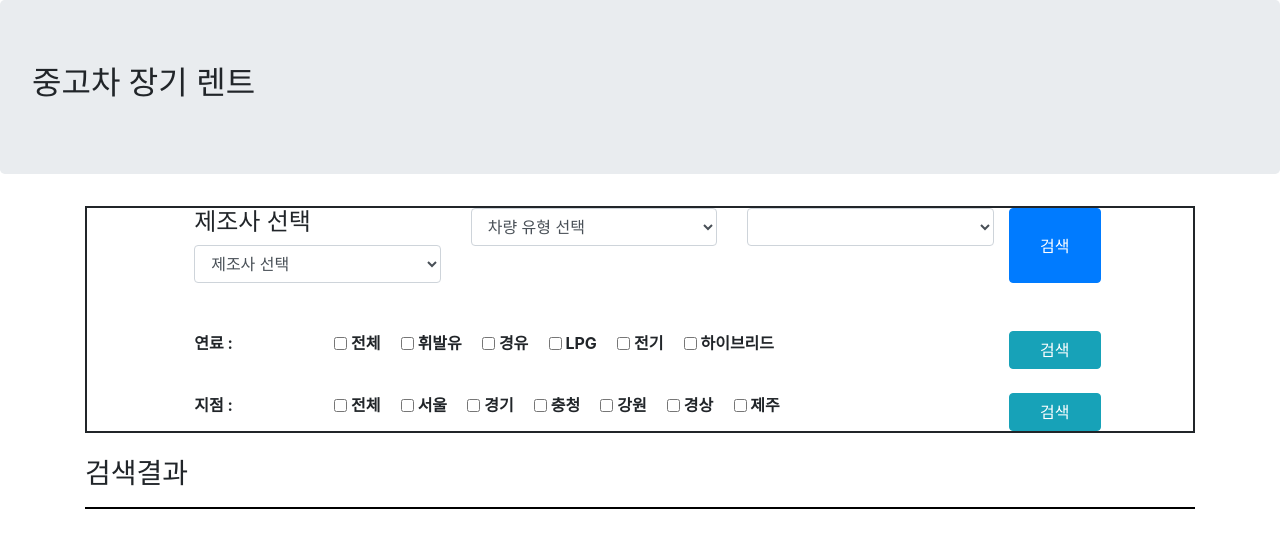
Repository: hyebinkim00/Project
Page: http://localhost/jsp/long_lent_oldcar/searchList.jsp
These files come from the project's save history. The page is drawn as it stood at one moment and after the next save; the edit follows.
The browser window is 1280 px wide. The pictures show the whole page.
The page is served by Tomcat 9. Other server files are loaded and not shown. Queries for data that is not in the repository find no rows.

Above is the page before, as saved 2020-09-22 08:34:01.

### jsp/WebContent/long_lent_oldcar/searchList.jsp
<%@page import="java.net.URLEncoder"%>
<%@ page language="java" contentType="text/html; charset=UTF-8"
    pageEncoding="UTF-8"%>
<%@taglib prefix="c" uri="http://java.sun.com/jsp/jstl/core" %>
<%@taglib prefix="sql" uri="http://java.sun.com/jsp/jstl/sql"  %>

<%
request.setCharacterEncoding("utf-8");
String facname1 =request.getParameter("sellist1");
String cartype1 =request.getParameter("sellist2");
String carnum1 =request.getParameter("sellist3");

String checkBoxes1[] =request.getParameterValues("example1");
String chekcBoxex2[] =request.getParameterValues("example2");
%>
<!DOCTYPE html>
<html>
<head>
<meta charset="UTF-8">
  <meta name="viewport" content="width=device-width, initial-scale=1">
  <script src="https://ajax.googleapis.com/ajax/libs/jquery/3.5.1/jquery.min.js"></script>

  <script src="https://cdnjs.cloudflare.com/ajax/libs/popper.js/1.16.0/umd/popper.min.js"></script>
  <script src="https://maxcdn.bootstrapcdn.com/bootstrap/4.5.2/js/bootstrap.min.js"></script>
  <link rel="stylesheet" href="../resources/css/bootstrap.min.css" />

<title>중고차 장기 검색</title>

<script>
function subtest(){
let a=documenet.getElementById("sellist2").value;
alert(a);
}
</script>

<script>
$(document).ready(function(){
	$("input:checkbox[name=example1]").on("click",function(){
		if(($('#sellist1').val()!='제조사 선택') && ($('#sellist2').val()=='차량 유형 선택')){
			alert('차량 유형을 선택하세요!');
			$("input:checkbox[name=example1]").prop("checked", false);
			$('#sellist2').focus();
			$('#tess1').prop("disabled",true);
		}
		else{$('#tess1').prop("disabled",false);}
		let cont=$("input:checkbox[name=example1]:checked").length;
		alert(cont);
		let cont5=$("input:checkbox[name=example1]:checked").val();
		if(cont5=='전체'){$("input:checkbox[name=example1]").not(this).prop("disabled", "disabled");
		$("input:checkbox[name=example1]").not(this).prop("checked", false);

		}else {
	            $("input[name=example1]:checkbox").prop("disabled",false);
	        }
		if(cont>2){
			$(this).prop("checked", false);
			alert("2개이상 선택 불가능 ");
		}

	});

});
</script>

<script>
$(document).ready(function(){
	$("input:checkbox[name=example2]").on("click",function(){
		if(($('#sellist1').val()!='제조사 선택') && ($('#sellist2').val()=='차량 유형 선택')){
			alert('차량 유형을 선택하세요!');
			$("input:checkbox[name=example2]").prop("checked", false);
			$('#sellist2').focus();
			$('#tess2').prop("disabled",true);
		}
		else{$('#tess1').prop("disabled",false);}
		let cont=$("input:checkbox[name=example2]:checked").length;
		alert(cont);
		let cont5=$("input:checkbox[name=example2]:checked").val();
		if(cont5=='전체'){$("input:checkbox[name=example2]").not(this).prop("disabled", "disabled");
		$("input:checkbox[name=example2]").not(this).prop("checked", false);

		}else {
	            $("input[name=example2]:checkbox").prop("disabled",false);
	        }



		if(cont>2){
			$(this).prop("checked", false);
			alert("2개이상 선택 불가능 ");
		}

	});

});
</script>
</head>
<body>
<script>
function goDate1(){
	let form= document.userinput;
	document.getElementById("sellist2").value=null;
	form.submit();

}
</script>

<script>
function goDate2(){
	let form= document.userinput;
	document.getElementById("sellist3").value=null;
	form.submit();

}
</script>



<script>
function optest(){
	if((($('#sellist1').val()!='제조사 선택')) && (($('#sellist2').val()=='차량 유형 선택')) && ($("input:checkbox[name=example1]:checked").length!=0) ){
		alert('차량 유형을 먼저 선택하세요');
	$("input:checkbox[name=example1]").prop("checked", false);
	}

}</script>



<div class="jumbotron">
<h2>중고차 장기 렌트</h2>
  </div>



  <div class="container">

  <div class="container" style="border:solid 2px;">

 <form method="post" action="#" name="userinput" >
    <div class="row" >
     <span class="col-sm-1">&nbsp;</span>
     <div class="col-sm-3">
     <sql:setDataSource var="dataSource"
			url="jdbc:oracle:thin:@localhost:1521:XE"
			driver="oracle.jdbc.driver.OracleDriver"
			user="hr" password="hr"/>

			<sql:query var="resultSet" dataSource="${dataSource}">
			select distinct facname from member
			</sql:query>
		 <h4>제조사 선택</h4>
       <select  class="form-control" id="sellist1" name="sellist1" onchange="goDate1()" >
        <option>제조사 선택 </option>
        <c:forEach var="row" items="${resultSet.rows}">
        	<option value="<c:out value="${row.facname}"/>" <c:if test="${param.sellist1==row.facname}">selected</c:if>><c:out value="${row.facname}"/></option>
        </c:forEach>
      </select>
      </div>

      <sql:query var="resultSet" dataSource="${dataSource}">
			select distinct cartype from member where facname=?
			 <sql:param value="${param.sellist1}"/>
			</sql:query>

      <div class="col-sm-3">

      <select class="form-control" id="sellist2" name="sellist2" onchange="goDate2()"  >
        <option>차량 유형 선택</option>
        <option value="all" <c:if test="${param.sellist2=='all'}">selected</c:if>>전체</option>
       <c:forEach var="row" items="${resultSet.rows}">
				<option value="<c:out value="${row.cartype}"/>" <c:if test="${param.sellist2==row.cartype}">selected</c:if>><c:out value="${row.cartype}"/></option>
				</c:forEach>
      </select>
      </div>

      <div class="col-sm-3">
    <sql:query var="resultSet" dataSource="${dataSource}">
			select distinct carnum from member where facname=? and cartype=? order by carnum
			 <sql:param value="${param.sellist1}"/>
			 <sql:param value="${param.sellist2}"/>
			</sql:query>

			  <c:if test="${param.sellist2=='all'}">
      <sql:query var="resultSet" dataSource="${dataSource}">
       select distinct carnum from member where facname=? order by carnum
      <sql:param value="${param.sellist1}"/>
      </sql:query>
      </c:if>

      <select class="form-control" id="sellist3" name="sellist3" >
        <option disabled>차량 선택 </option>
       <c:forEach var="row" items="${resultSet.rows}">
				<option value="<c:out value="${row.carnum}"/>" <c:if test="${param.sellist3==row.carnum}">selected</c:if>><c:out value="${row.carnum}"/></option>
				</c:forEach>
      </select>
      </div>

 <input id="tess" type="submit" class="btn btn-primary col-sm-1" value="검색" onclick="optest()">


    </div>


  <br><br>


     <div class="row">
     <span class="col-sm-1"> &nbsp;&nbsp;&nbsp;</span>
    <span class="col-sm-1"><strong>연료 :</strong></span>

     <div class="col-sm-8">
      <span class="col-sm-1">&nbsp;&nbsp;&nbsp;</span>
     <c:if test="${not empty paramValues.example1 }">

     <c:set var="ff" value="${paramValues.example1[0]}"/>
     <c:set var="ff1" value="${paramValues.example1[1]}"/>
      </c:if>
    <div class="form-check-inline">
       <input <c:if test="${ff=='전체' or ff1=='전체'}">checked</c:if>  type="checkbox" value="전체" name="example1"><strong>&nbsp;전체&nbsp;</strong>
    </div>
    <div class="form-check-inline">
      <input <c:if test="${ff=='휘발유' or ff1=='휘발유'}">checked</c:if>   type="checkbox" value="휘발유" name="example1"><strong>&nbsp;휘발유&nbsp;</strong>
    </div>
     <div class="form-check-inline">
      <input <c:if test="${ff=='경유' or ff1=='경유'}">checked</c:if>    type="checkbox" value="경유" name="example1"><strong>&nbsp;경유&nbsp;</strong>
    </div>
     <div class="form-check-inline">
      <input <c:if test="${ff=='LPG' or ff1=='LPG'}">checked</c:if>   type="checkbox" value="LPG" name="example1"><strong>&nbsp;LPG&nbsp;</strong>
    </div>
    <div class="form-check-inline">
      <input  <c:if test="${ff=='전기' or ff1=='전기'}">checked</c:if>    type="checkbox" value="전기" name="example1"><strong>&nbsp;전기&nbsp;</strong>
    </div>
    <div class="form-check-inline">
      <input <c:if test="${ff=='하이브리드' or ff1=='하이브리드'}">checked</c:if>   type="checkbox" value="하이브리드" name="example1"><strong>&nbsp;하이브리드&nbsp;</strong>
    </div>
    <c:remove var="ff"/>
    <c:remove var="ff1"/>
    </div>



   <input id="tess1" type="submit" value="검색" class= "btn btn-info col-sm-1" onclick="optest()">
  </div>





  <br>


     <div class="row">
     <span class="col-sm-1">&nbsp;&nbsp;&nbsp;</span>
    <span class="col-sm-1"><strong>지점 :</strong></span>

    <div class="col-sm-8">
     <span class="col-sm-1">&nbsp;&nbsp;&nbsp;</span>
       <c:if test="${not empty paramValues.example2 }">

     <c:set var="dd" value="${paramValues.example2[0]}"/>
     <c:set var="dd1" value="${paramValues.example2[1]}"/>
      </c:if>
    <div class="form-check-inline">
       <input <c:if test="${dd=='전체' or dd1=='전체'}">checked</c:if> type="checkbox" value="전체" name="example2"><strong>&nbsp;전체&nbsp;</strong>
    </div>

    <div class="form-check-inline">
      <input  <c:if test="${dd=='서울' or dd1=='서울'}">checked</c:if> type="checkbox" value="서울" name="example2"><strong>&nbsp;서울&nbsp;</strong>
    </div>

     <div class="form-check-inline">
      <input  <c:if test="${dd=='경기' or dd1=='경기'}">checked</c:if> type="checkbox" value="경기" name="example2"><strong>&nbsp;경기&nbsp;</strong>
    </div>

     <div class="form-check-inline">
      <input  <c:if test="${dd=='충청' or dd1=='충청'}">checked</c:if> type="checkbox" value="충청" name="example2"><strong>&nbsp;충청&nbsp;</strong>
    </div>

    <div class="form-check-inline">
      <input <c:if test="${dd=='강원' or dd1=='강원'}">checked</c:if> type="checkbox" value="강원" name="example2"><strong>&nbsp;강원&nbsp;</strong>
    </div>

    <div class="form-check-inline">
      <input <c:if test="${dd=='경상' or dd1=='경상'}">checked</c:if> type="checkbox" value="경상" name="example2"><strong>&nbsp;경상&nbsp;</strong>
    </div>

    <div class="form-check-inline">
      <input <c:if test="${dd=='제주' or dd1=='제주'}">checked</c:if> type="checkbox" value="제주" name="example2"><strong>&nbsp;제주&nbsp;</strong>
    </div>
     <c:remove var="dd"/>
    <c:remove var="dd1"/>
    </div>
    <input id="tess2" type="submit" value="검색" class="btn btn-info col-sm-1" onclick="optest()">
  </div>
    </form>


  </div>
</div>



<div class="container">
<br>
<h3>검색결과</h3>
<hr style="border: solid 1px black " />

<div class="row" >

<sql:setDataSource var="dataSource"
			url="jdbc:oracle:thin:@localhost:1521:XE"
			driver="oracle.jdbc.driver.OracleDriver"
			user="hr" password="hr"/>



<c:choose>
<c:when test="${param.sellist1==null or param.sellist2==null or param.sellist3==null}">
<sql:query var="resultSet" dataSource="${dataSource}">
			select * from member
			</sql:query>

<c:if test="${not empty paramValues.example1 and empty paramValues.example2}">
 	<c:set var="ff" value="${paramValues.example1[0]}"/>
    <c:set var="ff1" value="${paramValues.example1[1]}"/>

<sql:query var="resultSet" dataSource="${dataSource}">
select * from member where fuel=? or fuel=?
 <sql:param value="${ff}"/>
 <sql:param value="${ff1}"/>

</sql:query>

 <c:if test="${ff=='전체'}">
		<sql:query var="resultSet" dataSource="${dataSource}">
			select * from member
			</sql:query>
  </c:if>

</c:if>

  <c:if test="${empty paramValues.example1 and  not empty paramValues.example2 }">

 <c:set var="dd" value="${paramValues.example2[0]}"/>
     <c:set var="dd1" value="${paramValues.example2[1]}"/>
<sql:query var="resultSet" dataSource="${dataSource}">
select * from member where lentoffice=? or lentoffice=?

 <sql:param value="${dd}"/>
 <sql:param value="${dd1}"/>

</sql:query>

 <c:if test="${dd=='전체'}">
		<sql:query var="resultSet" dataSource="${dataSource}">
			select * from member
			</sql:query>
  </c:if>

</c:if>

  <c:if test="${not empty paramValues.example1 and not empty paramValues.example2}">
 <c:set var="ff" value="${paramValues.example1[0]}"/>
     <c:set var="ff1" value="${paramValues.example1[1]}"/>
      <c:set var="dd" value="${paramValues.example2[0]}"/>
     <c:set var="dd1" value="${paramValues.example2[1]}"/>

<sql:query var="resultSet" dataSource="${dataSource}">
select * from (select * from member where fuel=? or fuel=?) where lentoffice=? or lentoffice=?


 <sql:param value="${ff}"/>
 <sql:param value="${ff1}"/>
  <sql:param value="${dd}"/>
 <sql:param value="${dd1}"/>
</sql:query>


 <c:if test="${ff=='전체' and dd=='전체'}">
		<sql:query var="resultSet" dataSource="${dataSource}">
			select * from member
			</sql:query>
  </c:if>

  <c:if test="${ff=='전체' and dd!='전체'}">
		<sql:query var="resultSet" dataSource="${dataSource}">
			select * from member where lentoffice=? or lentoffice=?
			  <sql:param value="${dd}"/>
 			<sql:param value="${dd1}"/>
			</sql:query>
  </c:if>
    <c:if test="${ff!='전체' and dd=='전체'}">
		<sql:query var="resultSet" dataSource="${dataSource}">
			select * from member where fuel=? or fuel=?
			<sql:param value="${ff}"/>
 			<sql:param value="${ff1}"/>
			</sql:query>
  </c:if>


</c:if>
</c:when>

	<c:when test="${empty paramValues.example1 and not empty param.sellist3 and not empty paramValues.example2}">

	<sql:query var="resultSet" dataSource="${dataSource}">
	<c:set var="dd" value="${paramValues.example2[0]}"/>
     <c:set var="dd1" value="${paramValues.example2[1]}"/>
	select * from member where facname=? and cartype=? and carnum=? and lentoffice=? or lentoffice=?
	<sql:param value="${param.sellist1}"></sql:param>
	<sql:param value="${param.sellist2}"></sql:param>
	<sql:param value="${param.sellist3}"></sql:param>
	 <sql:param value="${dd}"/>
	  <sql:param value="${dd1}"/>
	</sql:query>


	<c:if test="${param.sellist2=='all' and dd!='전체'}">
	<sql:query var="resultSet" dataSource="${dataSource}">
	select * from member where facname=? and carnum=? and lentoffice=? or lentoffice=?
	<sql:param value="${param.sellist1}"></sql:param>
	<sql:param value="${param.sellist3}"></sql:param>
	<sql:param value="${dd}"/>
	  <sql:param value="${dd1}"/>
	</sql:query>
	</c:if>

	 <c:if test="${param.sellist2!='all' and  dd=='전체'}">
		<sql:query var="resultSet" dataSource="${dataSource}">
		select * from member where facname=? and cartype=? and carnum=?
	<sql:param value="${param.sellist1}"></sql:param>
	<sql:param value="${param.sellist2}"></sql:param>
	<sql:param value="${param.sellist3}"></sql:param>
			</sql:query>
  </c:if>

  <c:if test="${param.sellist2=='all' and dd=='전체'}">
	<sql:query var="resultSet" dataSource="${dataSource}">
	select * from member where facname=? and carnum=?
	<sql:param value="${param.sellist1}"></sql:param>
	<sql:param value="${param.sellist3}"></sql:param>

	</sql:query>
	</c:if>

</c:when>

	<c:when test="${empty paramValues.example1 and not empty param.sellist3 and empty paramValues.example2}">

	<sql:query var="resultSet" dataSource="${dataSource}">

	select * from member where facname=? and cartype=? and carnum=?
	<sql:param value="${param.sellist1}"></sql:param>
	<sql:param value="${param.sellist2}"></sql:param>
	<sql:param value="${param.sellist3}"></sql:param>

	</sql:query>


	<c:if test="${param.sellist2=='all'}">
	<sql:query var="resultSet" dataSource="${dataSource}">
	select * from member where facname=? and carnum=?
	<sql:param value="${param.sellist1}"></sql:param>
	<sql:param value="${param.sellist3}"></sql:param>
	</sql:query>
	</c:if>
</c:when>

<c:when test="${not empty paramValues.example1 and not empty param.sellist3 and  empty paramValues.example2}">

	<sql:query var="resultSet" dataSource="${dataSource}">
	<c:set var="ff" value="${paramValues.example1[0]}"/>
     <c:set var="ff1" value="${paramValues.example1[1]}"/>

select * from (select * from member where facname=? and cartype=? and carnum=?) where  fuel=? or fuel=?
	<sql:param value="${param.sellist1}"></sql:param>
	<sql:param value="${param.sellist2}"></sql:param>
	<sql:param value="${param.sellist3}"></sql:param>
	 <sql:param value="${ff}"/>
	  <sql:param value="${ff1}"/>
	</sql:query>


	<c:if test="${param.sellist2=='all' and ff!='전체'}">
	<sql:query var="resultSet" dataSource="${dataSource}">
	select * from (select * from member where facname=? and carnum=?) where fuel=? or fuel=?
	<sql:param value="${param.sellist1}"></sql:param>
	<sql:param value="${param.sellist3}"></sql:param>
	<sql:param value="${ff}"/>
	  <sql:param value="${ff1}"/>
	</sql:query>
	</c:if>

	 <c:if test="${param.sellist2!='all' and  ff=='전체'}">
		<sql:query var="resultSet" dataSource="${dataSource}">
		select * from member where facname=? and cartype=? and carnum=?
	<sql:param value="${param.sellist1}"></sql:param>
	<sql:param value="${param.sellist2}"></sql:param>
	<sql:param value="${param.sellist3}"></sql:param>
			</sql:query>
  </c:if>

  <c:if test="${param.sellist2=='all' and ff=='전체'}">
	<sql:query var="resultSet" dataSource="${dataSource}">
	select * from member where facname=? and carnum=?
	<sql:param value="${param.sellist1}"></sql:param>
	<sql:param value="${param.sellist3}"></sql:param>

	</sql:query>
	</c:if>

</c:when>


<c:when test="${not empty paramValues.example1 and not empty param.sellist3 and not empty paramValues.example2 and param.sellist2 !='all'}">
	<c:set var="ff" value="${paramValues.example1[0]}"/>
     <c:set var="ff1" value="${paramValues.example1[1]}"/>
      <c:set var="dd" value="${paramValues.example2[0]}"/>
     <c:set var="dd1" value="${paramValues.example2[1]}"/>

<sql:query var="resultSet" dataSource="${dataSource}">
select * from (select * from member where facname=? and cartype=? and carnum=?)
where fuel=? or fuel=? and  lentoffice=? or lentoffice=?

<sql:param value="${param.sellist1}"></sql:param>
<sql:param value="${param.sellist2}"></sql:param>
<sql:param value="${param.sellist3}"></sql:param>
 <sql:param value="${ff}"/>
 <sql:param value="${ff1}"/>
  <sql:param value="${dd}"/>
 <sql:param value="${dd1}"/>
</sql:query>

 <c:if test="${ff=='전체' and dd=='전체'}">
		<sql:query var="resultSet" dataSource="${dataSource}">
	select * from member where facname=? and cartype=? and carnum=?
	<sql:param value="${param.sellist1}"></sql:param>
	<sql:param value="${param.sellist2}"></sql:param>
	<sql:param value="${param.sellist3}"></sql:param>
			</sql:query>
  </c:if>

  <c:if test="${ff=='전체' and dd!='전체'}">
		<sql:query var="resultSet" dataSource="${dataSource}">
			select * from (select * from member where facname=? and cartype=? and carnum=?) where  lentoffice=? or lentoffice=?

			<sql:param value="${param.sellist1}"></sql:param>
			<sql:param value="${param.sellist2}"></sql:param>
			<sql:param value="${param.sellist3}"></sql:param>
			<sql:param value="${dd}"/>
 			<sql:param value="${dd1}"/>
			</sql:query>
  </c:if>
    <c:if test="${ff!='전체' and dd=='전체'}">
		<sql:query var="resultSet" dataSource="${dataSource}">
			select * from (select * from member where facname=? and cartype=? and carnum=?) where fuel=? or fuel=?

			<sql:param value="${param.sellist1}"></sql:param>
			<sql:param value="${param.sellist2}"></sql:param>
			<sql:param value="${param.sellist3}"></sql:param>
			<sql:param value="${ff}"/>
 			<sql:param value="${ff1}"/>
			</sql:query>
  </c:if>


</c:when>

<c:when test="${not empty paramValues.example1 and not empty param.sellist3 and not empty paramValues.example2 and param.sellist2 =='all'}">
	<c:set var="ff" value="${paramValues.example1[0]}"/>
     <c:set var="ff1" value="${paramValues.example1[1]}"/>
      <c:set var="dd" value="${paramValues.example2[0]}"/>
     <c:set var="dd1" value="${paramValues.example2[1]}"/>

<sql:query var="resultSet" dataSource="${dataSource}">
select * from (select * from member where facname=?  and carnum=?)
where fuel=? or fuel=? and  lentoffice=? or lentoffice=?

<sql:param value="${param.sellist1}"></sql:param>
<sql:param value="${param.sellist3}"></sql:param>
 <sql:param value="${ff}"/>
 <sql:param value="${ff1}"/>
  <sql:param value="${dd}"/>
 <sql:param value="${dd1}"/>
</sql:query>

 <c:if test="${ff=='전체' and dd=='전체'}">
		<sql:query var="resultSet" dataSource="${dataSource}">
	select * from member where facname=?  and carnum=?
	<sql:param value="${param.sellist1}"></sql:param>
	<sql:param value="${param.sellist3}"></sql:param>
			</sql:query>
  </c:if>

  <c:if test="${ff=='전체' and dd!='전체'}">
		<sql:query var="resultSet" dataSource="${dataSource}">
			select * from (select * from member where facname=? and carnum=?) where  lentoffice=? or lentoffice=?

			<sql:param value="${param.sellist1}"></sql:param>
			<sql:param value="${param.sellist3}"></sql:param>
			<sql:param value="${dd}"/>
 			<sql:param value="${dd1}"/>
			</sql:query>
  </c:if>
    <c:if test="${ff!='전체' and dd=='전체'}">
		<sql:query var="resultSet" dataSource="${dataSource}">
			select * from (select * from member where facname=? and carnum=?) where fuel=? or fuel=?

			<sql:param value="${param.sellist1}"></sql:param>
			<sql:param value="${param.sellist3}"></sql:param>
			<sql:param value="${ff}"/>
 			<sql:param value="${ff1}"/>
			</sql:query>
  </c:if>


</c:when>







<c:otherwise>선택 항목 없음</c:otherwise>

</c:choose>
</div>

<div class="container row">
		<c:forEach var="row" items="${resultSet.rows}">

		<c:url value="carLent.jsp" var="url"> <c:param name="carname" value="${row.id}" /></c:url>
  <div onclick="location.href='${url}'" class="card col-sm-6 " >
    <div class="row">
   <img class="card-img-top col-sm-7" src="../resources/images/${row.carname}.jpg" alt="Card image" width="150" height="150">
    <span class="col-sm-5"><br><br><br><strong> [<c:out value="${row.facname}"/>]<c:out value="${row.carname}"/></strong></span>
    </div>
    <div class="card-body">
    <div class="row">
    <div class="col-sm-6">
      <button type="button" class="btn btn-outline-dark " disabled>소비자가</button>
      <strong><c:out value="${row.carPrice }"></c:out></strong></div>
      <div class="col-sm-6">
      <button type="button" class="btn btn-outline-danger" >월 렌탈료</button>
      <strong style="color:red"><c:out value="${row.monthPrice }"></c:out>원~</strong></div>
     </div>
      <hr style="border:1px solid"></hr>
      <div class="row">
      <ul class="col-sm-6">
      <li>차량번호 <span>${row.id}</span></li>
      <li>차량유형 <span>${row.cartype}</span></li>

      </ul>
      <ul class="col-sm-6">
      <li>연료 <span>${row.fuel}</span></li>
      <li>지점 <span>${row.lentoffice }</span></li>
      </ul>
     </div>

    </div>
  </div>
</c:forEach>
 </div>
    <c:remove var="ff"/>
    <c:remove var="ff1"/>

    <c:remove var="dd"/>
    <c:remove var="dd1"/>


  </div>







</body>
</html>

Loaded but not shown: jsp/WebContent/resources/css/bootstrap.min.css (library)

After the next save:
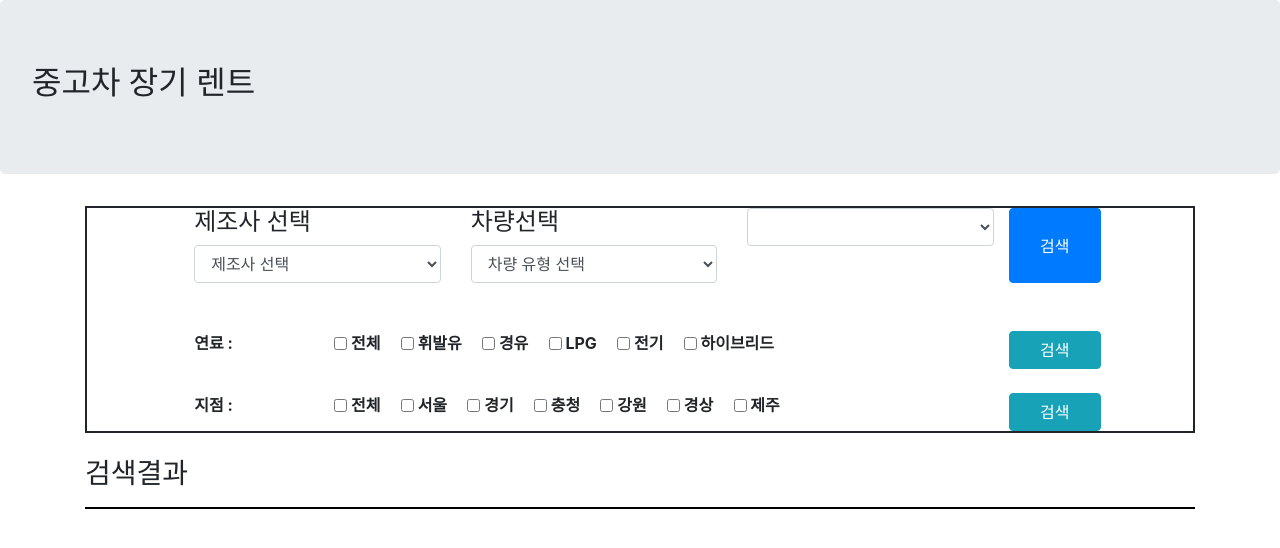
Saved 70 s later.
--- a/jsp/WebContent/long_lent_oldcar/searchList.jsp
+++ b/jsp/WebContent/long_lent_oldcar/searchList.jsp
@@ -163,7 +163,7 @@ function optest(){
 			</sql:query>
 
       <div class="col-sm-3">
-
+     <h4>차량선택</h4>
       <select class="form-control" id="sellist2" name="sellist2" onchange="goDate2()"  >
         <option>차량 유형 선택</option>
         <option value="all" <c:if test="${param.sellist2=='all'}">selected</c:if>>전체</option>
